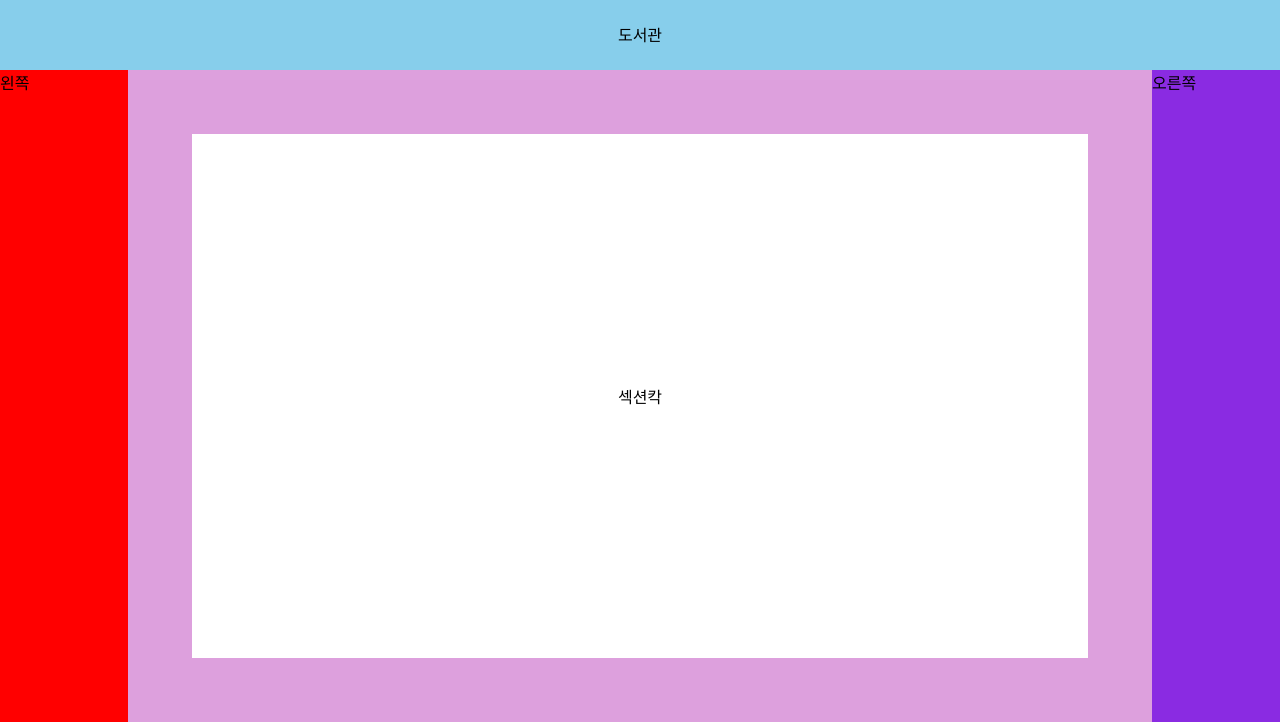
Repository: sojihwan/API_-Multi
Page: / (app in API/)
An editor plug-in stored every save of this project. The page is shown before and after the next save, followed by the edit.
The browser window is 1280 px wide. The pictures show the whole page.
The project was rebuilt for these pictures with package versions that can differ from the ones it lists, and the page was loaded fresh each time. Also part of the build but not shown: API/src/App.css.

Above is the page before, as saved 2022-05-24 15:24:33.

After the next save:
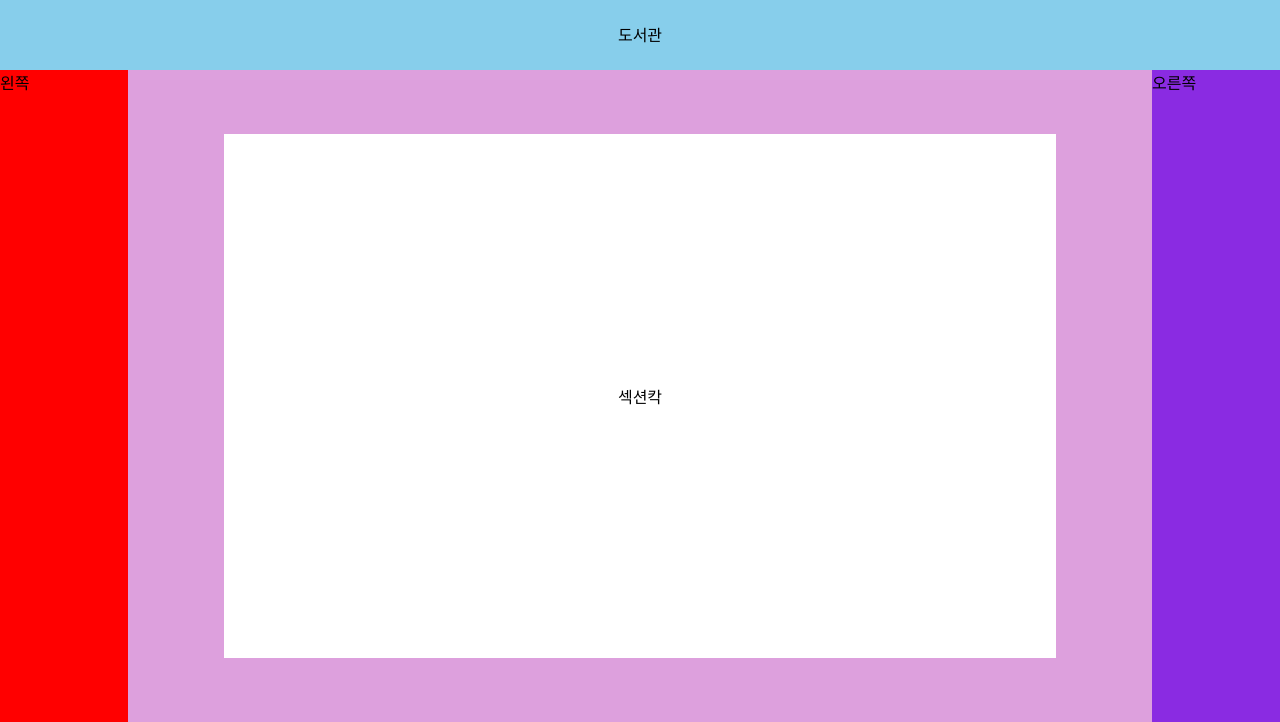
Saved 4 s later.
--- a/API/src/Layout/Section.css
+++ b/API/src/Layout/Section.css
@@ -1,5 +1,5 @@
 .section {
-  width: 70%;
+  width: 65%;
   padding: 250px 0;
   text-align: center;
   background: white;
